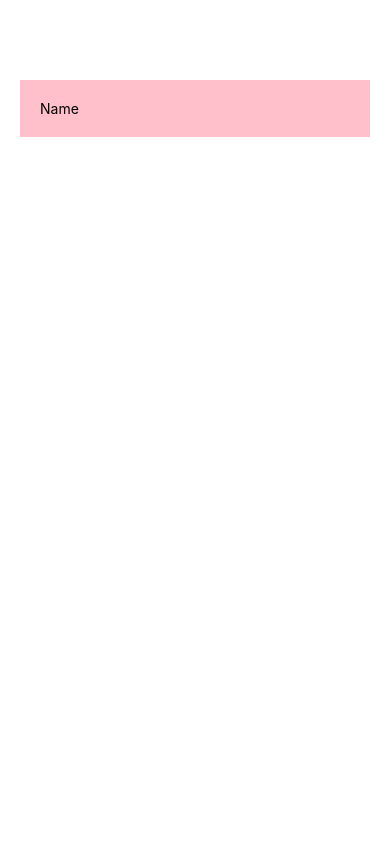
Repository: akinmiday/ReactNativeApp
Screen: /
These files come from the project's save history. The screen is drawn as it stood at one moment and after the next save; the edit follows.
The app was drawn by React Native's web renderer in a window 390 px wide. The project was rebuilt for these pictures with package versions that can differ from the ones it lists, and the page was loaded fresh each time.

Above is the screen before, as saved 2023-08-05 04:35:39.

After the next save:
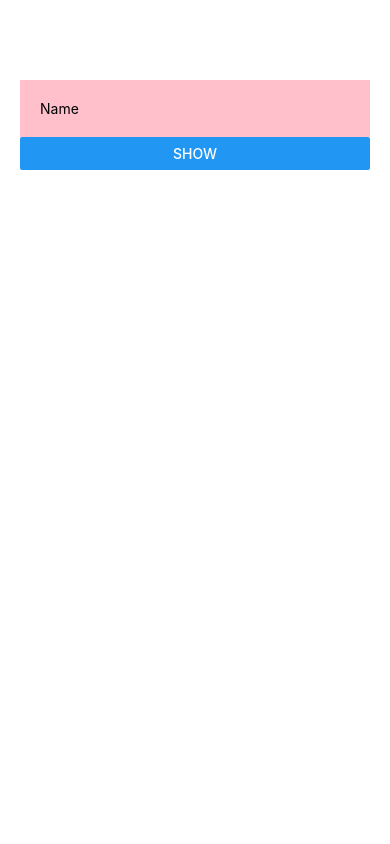
Saved 92 s later.
--- a/App.js
+++ b/App.js
@@ -13,6 +13,7 @@ export default function App() {
         placeholder="Name"
         onChangeText={(text) => setName(text)}
       />
+      <Button title="Show" />
     </View>
   );
 }
